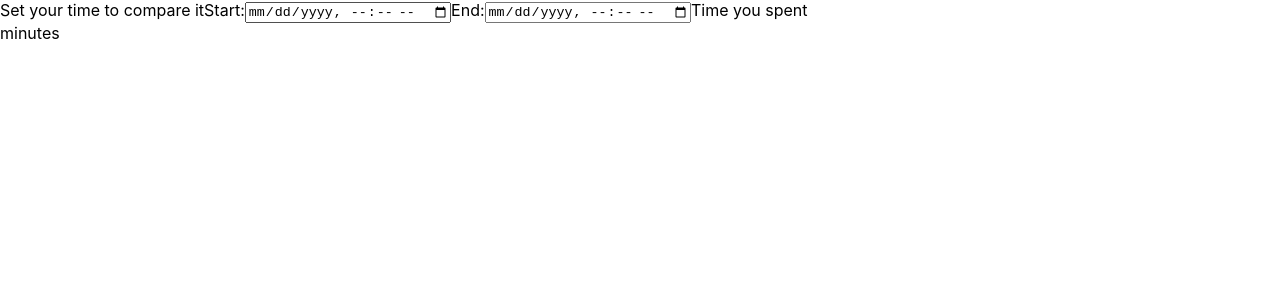
Repository: mireu-san/react-deadline-counter
Page: /
The author's editor kept a copy of each file at every save. The page is drawn from the files as they stood at one save, then again after the next save.
The browser window is 1280 px wide. The pictures show the whole page.
The project was rebuilt for these pictures with package versions that can differ from the ones it lists, and the page was loaded fresh each time.

Above is the page before, as saved 2022-12-15 12:03:07.

After the next save:
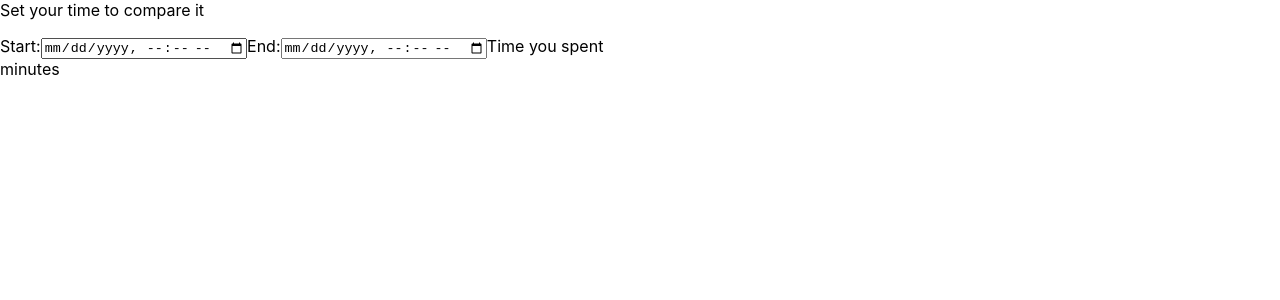
Saved 14 s later.
--- a/src/App.js
+++ b/src/App.js
@@ -27,7 +27,7 @@ export default function App() {
   return (
     <>
       <label htmlFor="due">Set your time to compare it</label>
-      <fr />
+      <p />
       Start:
       <input
         onChange={handleStartChange}
